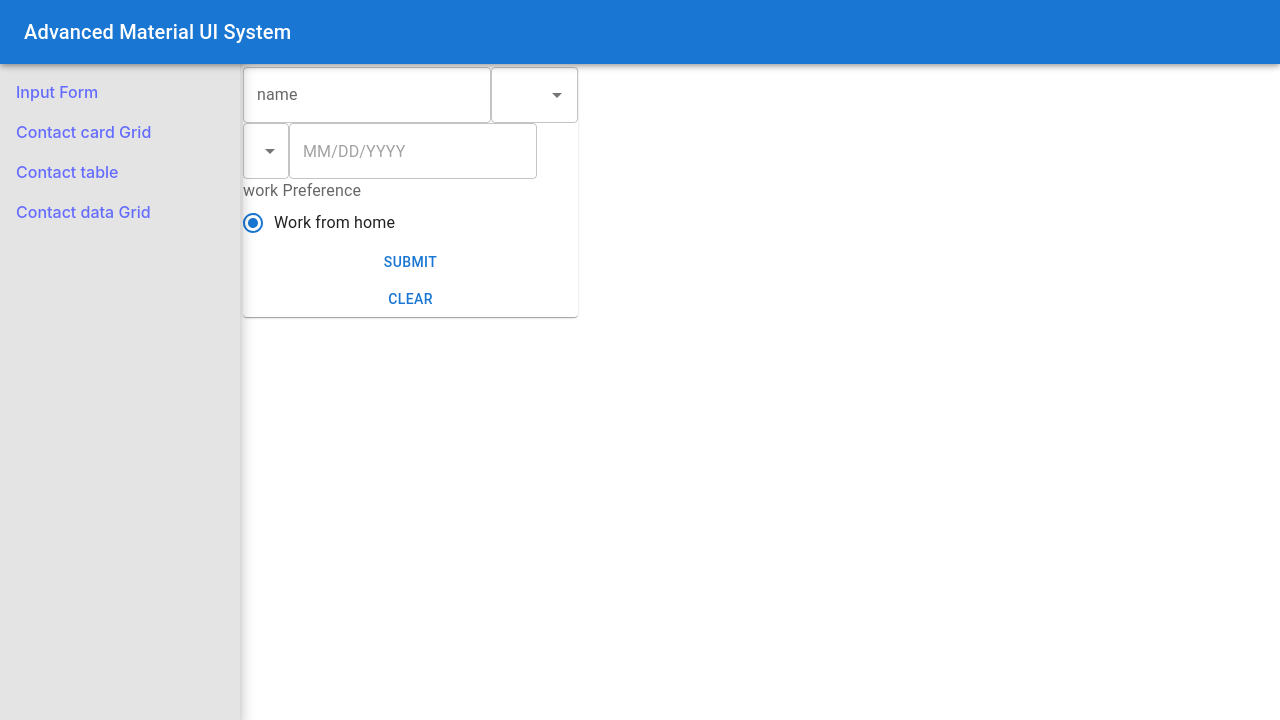
Repository: knowledgeAlan/react-mui
Page: /
The author's editor kept a copy of each file at every save. The page is drawn from the files as they stood at one save, then again after a run of saves.
The browser window is 1280 px wide. The pictures show the whole page.
The project was rebuilt for these pictures with package versions that can differ from the ones it lists, and the page was loaded fresh each time. Also part of the build but not shown: vite.config.ts, src/components/grid/ContactCardGrid.tsx, src/components/DataGrid/ContactDataGrid.tsx, src/components/table/ContactTable.tsx.

Above is the page before, as saved 2025-01-22 18:09:43.

### src/App.tsx
import { useState } from 'react'
import reactLogo from './assets/react.svg'
import viteLogo from '/vite.svg'
import './App.css'
import NavDrawer from './components/Scaffold/NaviDrawer'

function App() {


  return (
    <>
      <NavDrawer/>
    </>
  )
}

export default App

### src/App.css
#root {
  max-width: 1280px;
  /* margin: 0 auto; */
  /* padding: 2rem; */
  /* text-align: center; */
}

.logo {
  height: 6em;
  padding: 1.5em;
  will-change: filter;
  transition: filter 300ms;
}
.logo:hover {
  filter: drop-shadow(0 0 2em #646cffaa);
}
.logo.react:hover {
  filter: drop-shadow(0 0 2em #61dafbaa);
}

@keyframes logo-spin {
  from {
    transform: rotate(0deg);
  }
  to {
    transform: rotate(360deg);
  }
}

@media (prefers-reduced-motion: no-preference) {
  a:nth-of-type(2) .logo {
    animation: logo-spin infinite 20s linear;
  }
}

.card {
  padding: 2em;
}

.read-the-docs {
  color: #888;
}

### src/components/Scaffold/NaviDrawer.tsx
import { AppBar,Drawer, Toolbar, Typography,List,ListItem } from "@mui/material"
import {BrowserRouter,Link,Routes,Route} from "react-router-dom"
import ContactForm from "../Form/ContactForm"
import ContactCardGrid from "../grid/ContactCardGrid"
import ContactDataGrid from  "../DataGrid/ContactDataGrid"
import ContactTable from "../table/ContactTable"
import { useTheme,Theme } from "@mui/material"

const drawerWidth = 240;

const themeStyles = (theme: Theme) => {
    return {
        appBar: {
            zIndex: theme.zIndex.drawer + 1,
        }
    }
}

const simpleStyles = {
    drawer: {
        width: drawerWidth,
        // backgroundColor:'green',
        "& .MuiModal-backdrop":{
            display:"none"
        }
    },

    drawerPaper: {
        width: drawerWidth,
        backgroundColor: "rgba(120,120,120,0.2)"
    },
    content: {
        marginLeft: drawerWidth,
        padding: 3,
        // backgroundColor: "red",
    }
}

export default function NavDrawer(){

    const theme = useTheme();
    return (
    <BrowserRouter>
    <>

        <AppBar position="fixed"  sx={themeStyles(theme).appBar}>

            <Toolbar>
                <Typography variant="h6" noWrap>
                    Advanced Material UI System
                </Typography>
            </Toolbar>
        </AppBar>

        <Drawer
        disableAutoFocus
        variant="temporary" open={true} sx={simpleStyles.drawer} PaperProps={{
            sx: simpleStyles.drawerPaper,
            elevation:9,
        }}>
 <Toolbar/>
            <List>
                {[{text: "Input Form",route:"/form"},{text: "Contact card  Grid",route:"/grid"},
                {text: "Contact table",route:"/table"},
                {text: "Contact data  Grid",route:"/datagrid"}].map((nav,index) =>(
                    <ListItem key={nav.text}><Link to={nav.route}>{nav.text}</Link></ListItem>
                ))}
            </List>
        </Drawer>
        <main style={simpleStyles.content}>
            <Toolbar/>
            <Routes>
            <Route path={"/"} element={<ContactForm/>} />
                <Route path={"/form"} element={<ContactForm/>} />
                <Route path={"/grid"} element={<ContactCardGrid/>} />
                <Route path={"/table"} element={<ContactTable/>} />
                <Route path={"/datagrid"} element={<ContactDataGrid/>} />
            </Routes>
        </main>
    </>
    </BrowserRouter>
    )
}

### src/components/Form/ContactForm.tsx

import {Paper,FormControl,FormGroup,Autocomplete,TextField,Select, Stack,MenuItem,ListItemText,
    FormLabel, Button, RadioGroup, FormControlLabel,Radio} from "@mui/material"
import { DesktopDatePicker, LocalizationProvider,DatePicker } from "@mui/x-date-pickers"
import {AdapterDayjs} from "@mui/x-date-pickers/AdapterDayjs"
const roles = ["UI","Kitchen","mouse"]
const skills = ["software","Architect","Designer","Business analyst"]
export default function ContactForm(){

    return (
        <Paper>
            <form>
                <FormControl>
                    <FormGroup row>
                        <TextField
                            id="name"
                            name="name"
                            label="name"
                            variant="outlined"
                        />

                        <Autocomplete
                            options={roles}
                            renderInput={ (params)=>{
                                return (
                                    <TextField name="role" {...params} />
                                )
                            }}

                            getOptionLabel={(roleOption)=>`${roleOption}`}

                            renderOption={(props,option)=>{
                                return (
                                    <li {...props}>
                                        {`${option}`}
                                    </li>
                                )
                            }}
                        />
                    </FormGroup>
                    <FormGroup row>
                            <Select id="skill-select"
                                renderValue={(select:string[])=>select.join(',') }
                            >
                                {skills.map((skillName)=>{
                                    return (
                                        <MenuItem vocab={skillName} key={skillName}>
                                            <ListItemText primary={skillName}/>
                                        </MenuItem>
                                    )
                                })}
                            </Select>

                            <LocalizationProvider dateAdapter={AdapterDayjs}>
                                 <DatePicker
                                    onChange={()=>{

                                    }}
                                 />

                            </LocalizationProvider>
                    </FormGroup>


                    <FormGroup>
                        <FormLabel component="legend">
                                    work Preference
                        </FormLabel>

                        <RadioGroup
                            id="Peference-type-radio"
                            name="preference"
                        >
                            <FormControlLabel
                                control={<Radio/>}
                                label="Work from home"
                            />
                        </RadioGroup>
                    </FormGroup>

                    <Stack>
                        <Button>Submit</Button>
                        <Button>Clear</Button>
                    </Stack>
                </FormControl>
            </form>
        </Paper>
    )
}

Loaded but not shown: index.html (common file); src/main.tsx (common file); src/index.css (common file)

After the next 3 saves:
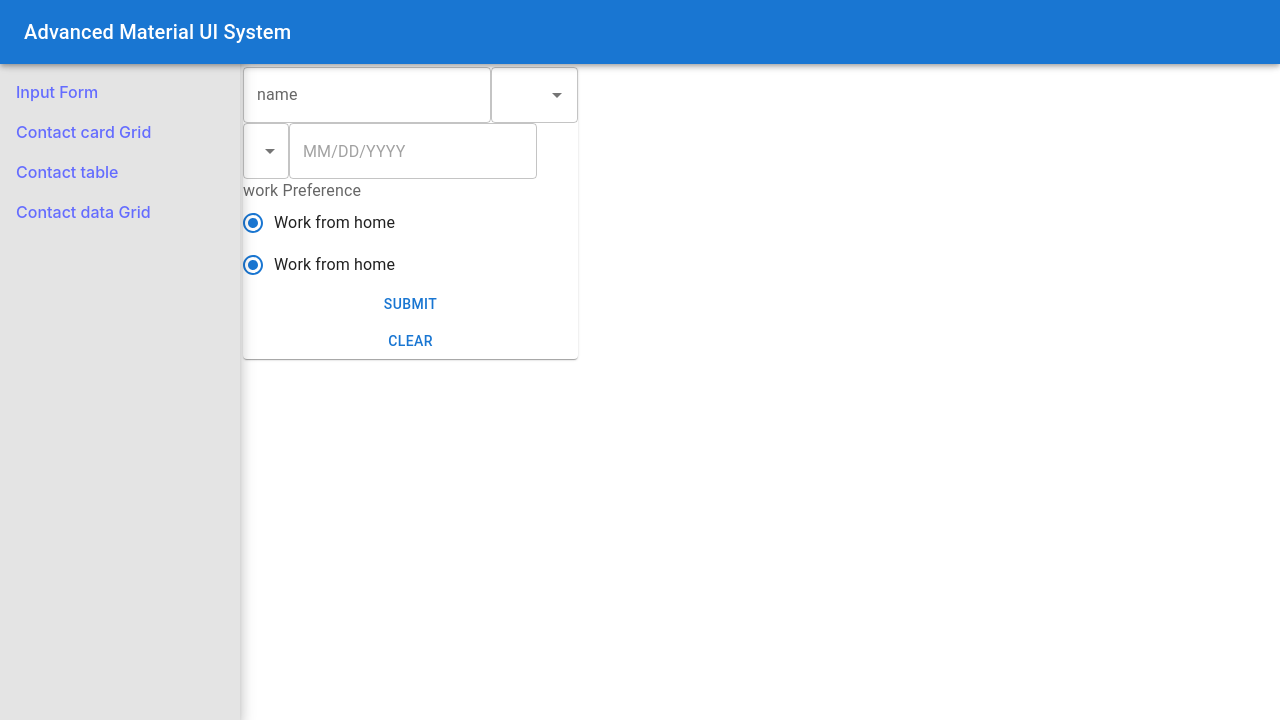
The 3 saves are shown as one change because they came seconds apart.
The last was saved 31 s later.
--- a/src/components/Form/ContactForm.tsx
+++ b/src/components/Form/ContactForm.tsx
@@ -75,6 +75,11 @@ export default function ContactForm(){
                                 control={<Radio/>}
                                 label="Work from home"
                             />
+
+                            <FormControlLabel
+                                control={<Radio/>}
+                                label="Work from home"
+                            />
                         </RadioGroup>
                     </FormGroup>
 
